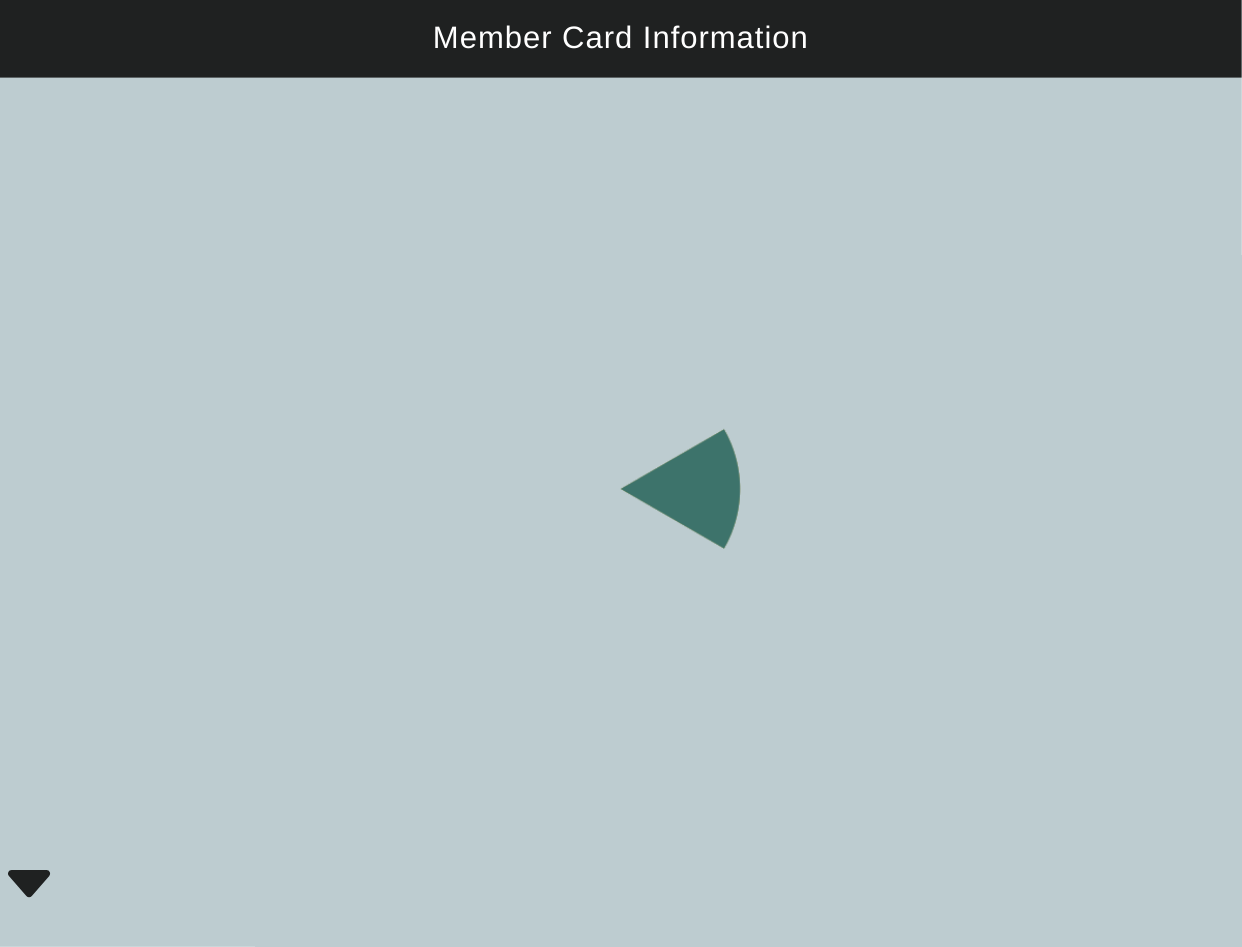
Repository: Leooook/lzhao-fed-test
Page: /
The author's editor kept a copy of each file at every save. The page is drawn from the files as they stood at one save, then again after a run of saves.
The browser window is 1280 px wide. The pictures show the whole page, at 97% of full size.
The page's requests for data from a server got no answer. The project was rebuilt for these pictures with package versions that can differ from the ones it lists, and the page was loaded fresh each time. No one was signed in, and anything a server would have sent is missing. Also part of the build but not shown: src/components/detail.jsx.

Above is the page before, as saved 2021-03-15 21:24:09.

### src/index.html
<!DOCTYPE html>
<html lang="en">
	<head>
		<meta charset="utf-8" />
		<meta http-equiv="X-UA-Compatible" content="IE=edge,chrome=1" />
		<title>Member Card Info</title>
		<meta name="description" content="" />
		<meta name="viewport" content="width=device-width, initial-scale=1.0, maximum-scale=1.0, user-scalable=no" />
	</head>
	<body>
		<div id="root" class="react-root"></div>
	</body>
</html>

### src/App.js
import React, {useState} from 'react';
import {BsCaretDownFill} from 'react-icons/bs'

import './App.css'
import Header from './components/header.jsx'
import Feature from './components/feature.jsx'

export default function App() {
  const [featureAmount, setFeatureAmount] = useState([1])

  const setFeature = () => {
    setFeatureAmount(featureAmount => {return [...featureAmount, 1]})
  }

	return (
    <div className='app'>
      <Header />
      {
        featureAmount.map((key) => <Feature key = {key}/>)
      }
      <BsCaretDownFill className='add-feature' onClick={() => setFeature()}/>
    </div>
  )
}

### src/App.css
* {
	margin: 0;
	padding: 0;
	box-sizing: border-box;
}
:root {
	--nav-black: rgba(14, 14, 14, 0.897);
	--white: #ffffff;
	--light-blue: rgb(189, 204, 208);
	--grey: rgb(145, 145, 145);
	--light-grey: rgb(209, 209, 209);
}
/* app */
.app {
	max-width: 100vw;
	min-height: 100vh;
	background-color: var(--light-blue);
}
.add-feature {
	color: var(--nav-black);
	width: 60px;
	height: 60px;
	margin: 30px auto;
	display: inline block;
}
/* end of app */
/* header */
.header {
	background-color: var(--nav-black);
	height: 80px;
	padding: 20px;
	margin-bottom: 80px;
	font-size: 2rem;
	font-family: 'Franklin Gothic Medium', 'Arial Narrow', Arial, sans-serif;
	text-align: center;
	color: var(--white);
	letter-spacing: 1px;
}
@media screen and (max-width: 500px) {
	.header {
		margin-bottom: 30px;
		padding: 30px;
		font-size: 1.4rem;
	}
}
/* end of header */
/* loader */
.load {
	width: 100%;
}
.loadPic {
	width: 20%;
	margin: 30vh 40%;
}
/* end of loader */
/* feature */
.feature {
	margin-top: -65px;
	padding: 60px 8%;
	display: grid;
	grid-template-columns: repeat(auto-fill, minmax(450px, 1fr));
	grid-row-gap: 50px;
	grid-column-gap: 80px;
}
@media screen and (max-width: 500px) {
	.feature {
		padding: 30px 20px;
		display: initial;
	}
}
/* end of feature */
/* detail */
.detail {
	margin: auto;
	padding: 10px 20px;
	width: 450px;
	height: 240px;
	background: hsla(0, 0%, 100%, .3);
	border-radius: 6px;
	box-shadow: 0 6px 20px 6px rgba(0, 0, 0, 0.207);
	display: flex;
	align-items: center;
	cursor: pointer;
	transition: all linear 0.2s;
}
.detail:hover {
	transform: scale(1.05);
	box-shadow: 0 10px 30px 10px rgba(0, 0, 0, 0.207);
}
.left-section {
	width: calc(40% - 20px);
	margin-right: 10%;
}
.right-section {
	width: clac(50% - 20px);
}
.detail-pic {
	margin: 0 auto;
	height: 140px;
	width: 140px;
	border-radius: 50%;
	box-shadow: 0 0 10px 8px var(--light-grey);
}
.detail-info {
	margin-bottom: 10px;
}
.detail-name {
	font-family: 'Playfair Display', serif;
	font-weight: bold;
	font-size: 1.3rem;
}
.detail-name2 {
	font-weight: 100;
	font-size: 0.9rem;
	color: rgb(82, 82, 82);
	font-style: oblique;
}
.detail-sex-date {
	display: flex;
}
.detail-date {
	margin-right: 13px;
}
.detail-font {
	font-family: 'Source Sans Pro', sans-serif;
	font-size: 0.8rem;
}
@media screen and (max-width: 500px) {
	.detail {
		margin-bottom: 30px;
		width: 90vw;
		height: 50vw;
	}
	.detail-pic {
		height: 100px;
		width: 100px;
	}
	.detail-info {
		margin-bottom: 6px;
	}
	.detail-name {
		font-size: 1rem;
	}
	.detail-name2 {
		font-size: 0.8rem;
	}
	.detail-date {
		margin-right: 8px;
	}
	.detail-font {
		font-size: 0.75rem;
	}
}
/* end of detail */

### src/components/header.jsx
import React, { Component } from 'react'

class Header extends Component {
	render() {
		return <section className="header">Member Card Information</section>
	}
}

export default Header

### src/components/feature.jsx
import React, { Component } from 'react'

import Loader from './loader.jsx'
import Detail from './detail.jsx'

class Feature extends Component {
	state = {
		dataSet: [],
		dataAmount: 6
	}

	fetchData = () => {
		fetch('https://randomuser.me/api/', {
			method: 'GET'
		})
			.then((response) => response.json())
			.then((data) => {
				let dataSet = this.state.dataSet
				dataSet.push(data.results[0])
				this.setState({ dataSet })
			})
			.catch((error) => {
				console.error('Error:', error)
			})
	}

	componentDidMount() {
		for (let i = 0; i < this.state.dataAmount; i++) {
			this.fetchData()
		}
	}

	render() {
		if (this.state.dataSet.length === 0 || this.state.dataSet.length % 6 !== 0) {
			return <Loader />
		} else {
			return (
				<section className="feature">
					{this.state.dataSet.map((each, key) => <Detail key={key} data={each} />)}
				</section>
			)
		}
	}
}

export default Feature

### src/components/loader.jsx
import React from 'react'

import loadPic from '../images/load.gif'

function Loader() {
	return (
		<section className="load">
			<img src={loadPic} className="loadPic" alt="load" />
		</section>
	)
}

export default Loader

Loaded but not shown: src/index.js (common file)

After the next 2 saves:
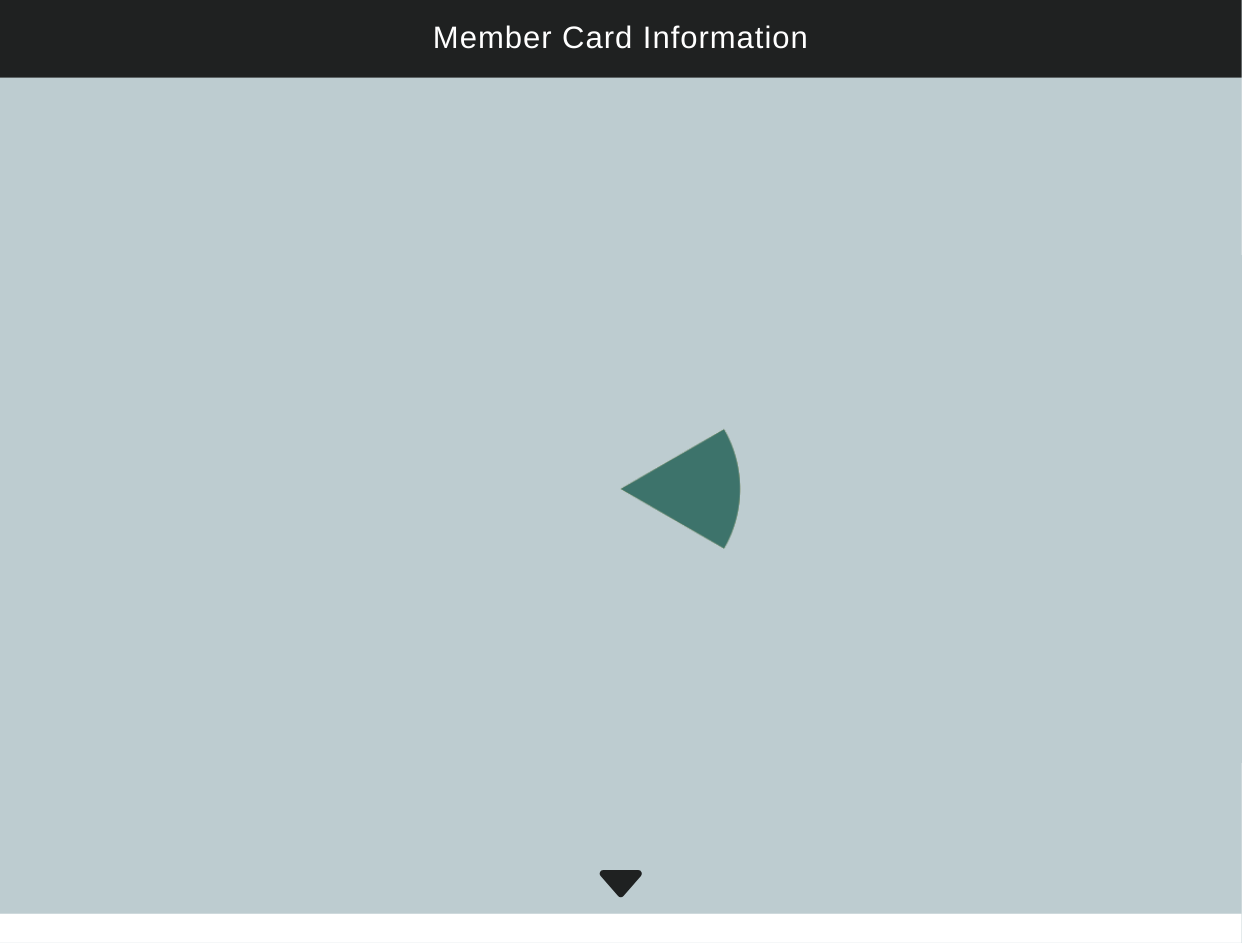
The 2 saves are shown as one change because they came seconds apart.
The last was saved 41 s later.
--- a/src/App.css
+++ b/src/App.css
@@ -21,7 +21,8 @@
 	width: 60px;
 	height: 60px;
 	margin: 30px auto;
-	display: inline block;
+	display: block;
+	-webkit-align-self: center;
 }
 /* end of app */
 /* header */
